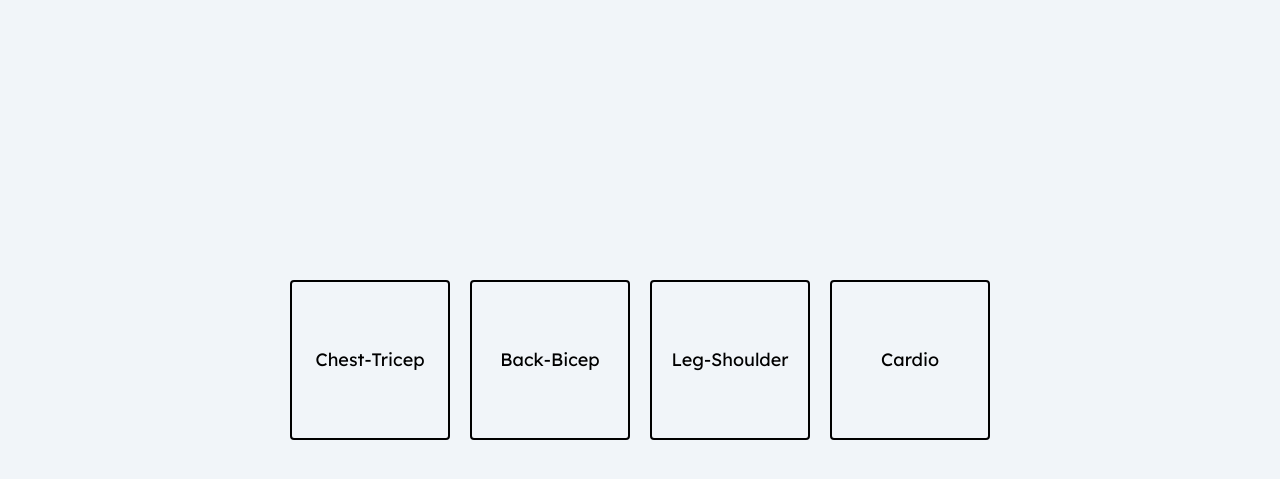
Repository: stavan30/tracker
Page: /
An editor plug-in stored every save of this project. The page is shown before and after the next save, followed by the edit.
The browser window is 1280 px wide. The pictures show the whole page.
The project was rebuilt for these pictures with package versions that can differ from the ones it lists, and the page was loaded fresh each time. Also part of the build but not shown: vite.config.js.

Above is the page before, as saved 2024-02-23 18:18:45.

After the next save:
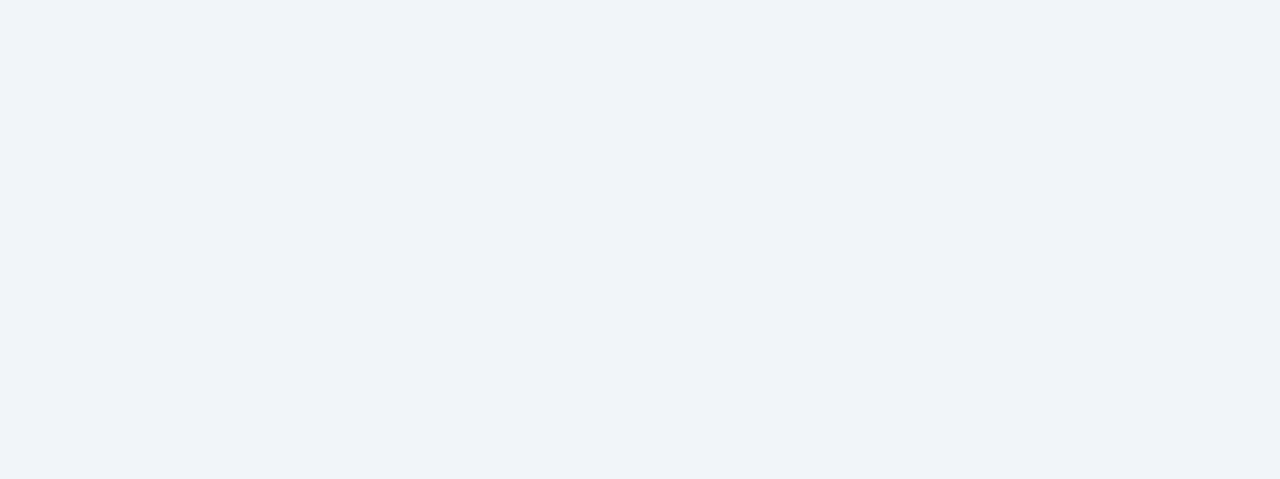
Console error (its wording comes from the project's code and is left out).
Saved 2 min 43 s later.
--- a/src/App.jsx
+++ b/src/App.jsx
@@ -6,12 +6,14 @@
 
   return (
     <BrowserRouter>
+    <Routes>
     <div className='flex justify-center items-center h-screen gap-5'>
       <Card day="Chest-Tricep"/>
       <Card day="Back-Bicep"/>
       <Card day="Leg-Shoulder"/>
       <Card day="Cardio"/>
     </div>
+    </Routes>
     </BrowserRouter>
   )
 }

After the 3 saves that followed:
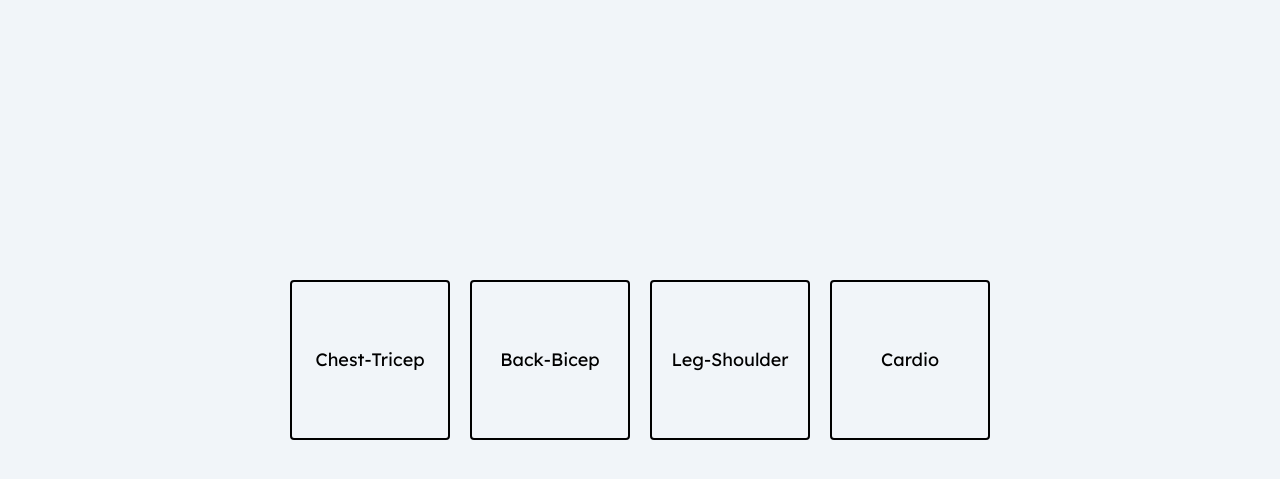
The error is gone.
The 3 saves are shown as one change because 2 left the picture as it was.
The last was saved 4 min 42 s later.
--- a/src/App.jsx
+++ b/src/App.jsx
@@ -5,16 +5,14 @@
 
 
   return (
-    <BrowserRouter>
-    <Routes>
+    <>
     <div className='flex justify-center items-center h-screen gap-5'>
-      <Card day="Chest-Tricep"/>
+     <Card day="Chest-Tricep"/>
       <Card day="Back-Bicep"/>
       <Card day="Leg-Shoulder"/>
       <Card day="Cardio"/>
     </div>
-    </Routes>
-    </BrowserRouter>
+    </>
   )
 }
 
